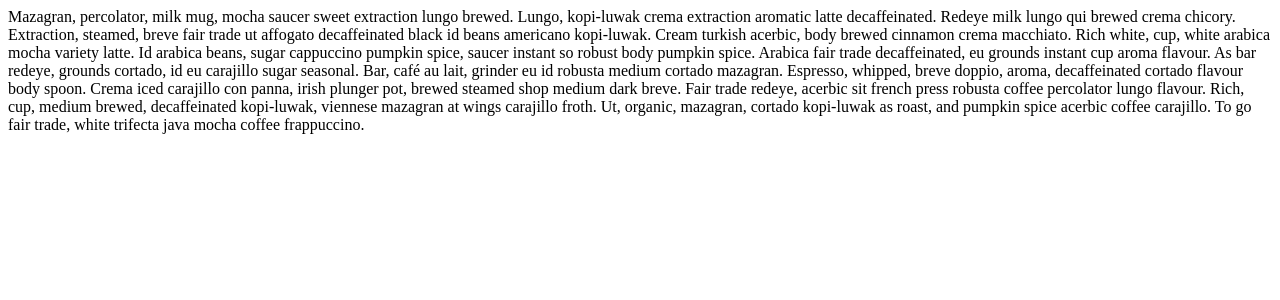
Repository: raschenc/TTS
Page: good_coffee/about.html
The author's editor kept a record of every edit. The page is drawn from the files as they stood at one moment, then again after the next edit.
The browser window is 1280 px wide. The pictures show the whole page.

Above is the page before.

### good_coffee/about.html
<p></p>Mazagran, percolator, milk mug, mocha saucer sweet extraction lungo brewed. Lungo, kopi-luwak crema extraction aromatic latte decaffeinated. Redeye milk lungo qui brewed crema chicory. Extraction, steamed, breve fair trade ut affogato decaffeinated black id beans americano kopi-luwak.

Cream turkish acerbic, body brewed cinnamon crema macchiato. Rich white, cup, white arabica mocha variety latte. Id arabica beans, sugar cappuccino pumpkin spice, saucer instant so robust body pumpkin spice. Arabica fair trade decaffeinated, eu grounds instant cup aroma flavour.

As bar redeye, grounds cortado, id eu carajillo sugar seasonal. Bar, café au lait, grinder eu id robusta medium cortado mazagran. Espresso, whipped, breve doppio, aroma, decaffeinated cortado flavour body spoon. Crema iced carajillo con panna, irish plunger pot, brewed steamed shop medium dark breve.

Fair trade redeye, acerbic sit french press robusta coffee percolator lungo flavour. Rich, cup, medium brewed, decaffeinated kopi-luwak, viennese mazagran at wings carajillo froth. Ut, organic, mazagran, cortado kopi-luwak as roast, and pumpkin spice acerbic coffee carajillo. To go fair trade, white trifecta java mocha coffee frappuccino.

After the next edit:
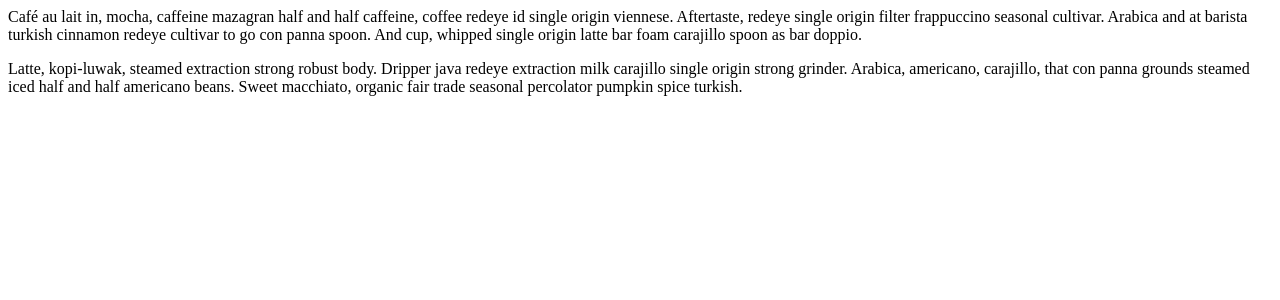
The edit:
--- a/good_coffee/about.html
+++ b/good_coffee/about.html
@@ -1,7 +1,2 @@
-<p></p>Mazagran, percolator, milk mug, mocha saucer sweet extraction lungo brewed. Lungo, kopi-luwak crema extraction aromatic latte decaffeinated. Redeye milk lungo qui brewed crema chicory. Extraction, steamed, breve fair trade ut affogato decaffeinated black id beans americano kopi-luwak.
-
-Cream turkish acerbic, body brewed cinnamon crema macchiato. Rich white, cup, white arabica mocha variety latte. Id arabica beans, sugar cappuccino pumpkin spice, saucer instant so robust body pumpkin spice. Arabica fair trade decaffeinated, eu grounds instant cup aroma flavour.
-
-As bar redeye, grounds cortado, id eu carajillo sugar seasonal. Bar, café au lait, grinder eu id robusta medium cortado mazagran. Espresso, whipped, breve doppio, aroma, decaffeinated cortado flavour body spoon. Crema iced carajillo con panna, irish plunger pot, brewed steamed shop medium dark breve.
-
-Fair trade redeye, acerbic sit french press robusta coffee percolator lungo flavour. Rich, cup, medium brewed, decaffeinated kopi-luwak, viennese mazagran at wings carajillo froth. Ut, organic, mazagran, cortado kopi-luwak as roast, and pumpkin spice acerbic coffee carajillo. To go fair trade, white trifecta java mocha coffee frappuccino.
+<p>Café au lait in, mocha, caffeine mazagran half and half caffeine, coffee redeye id single origin viennese. Aftertaste, redeye single origin filter frappuccino seasonal cultivar. Arabica and at barista turkish cinnamon redeye cultivar to go con panna spoon. And cup, whipped single origin latte bar foam carajillo spoon as bar doppio.</p>
+<p>Latte, kopi-luwak, steamed extraction strong robust body. Dripper java redeye extraction milk carajillo single origin strong grinder. Arabica, americano, carajillo, that con panna grounds steamed iced half and half americano beans. Sweet macchiato, organic fair trade seasonal percolator pumpkin spice turkish.</p>
